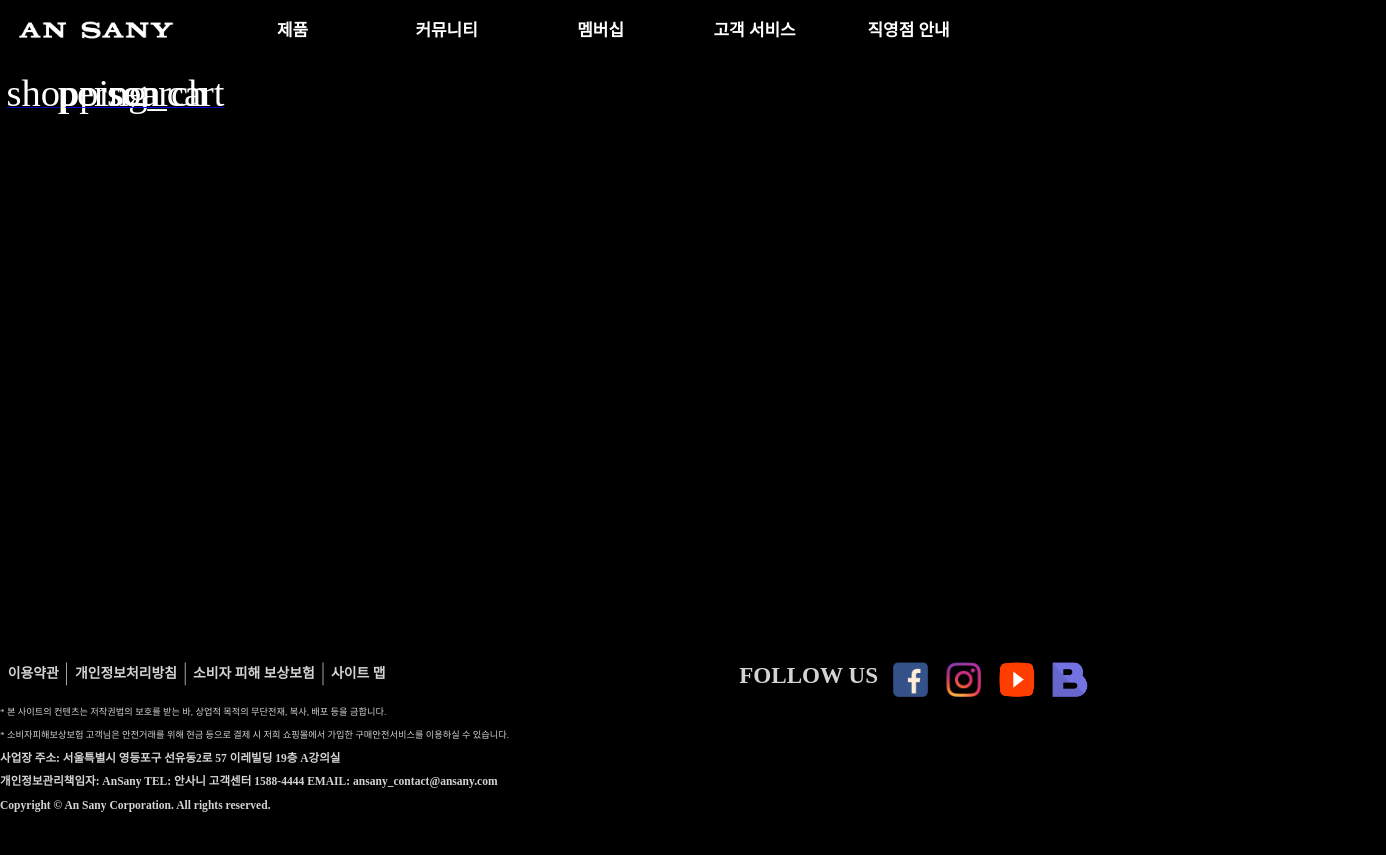
Repository: zoeshin92/semiProj_Zoe
Page: http://localhost/anSany_semiProject/
These files come from the project's save history. The page is drawn as it stood at one moment and after the next save; the edit follows.
The browser window is 1280 px wide. The page is 1600 px wide, then 1800 px, so the pictures cover 1800 px, including what lies to the right of the window. The pictures show the whole page, at 77% of full size.
The page is served by Tomcat 9.

Above is the page before, as saved 2022-09-16 06:19:56.

After the next save:
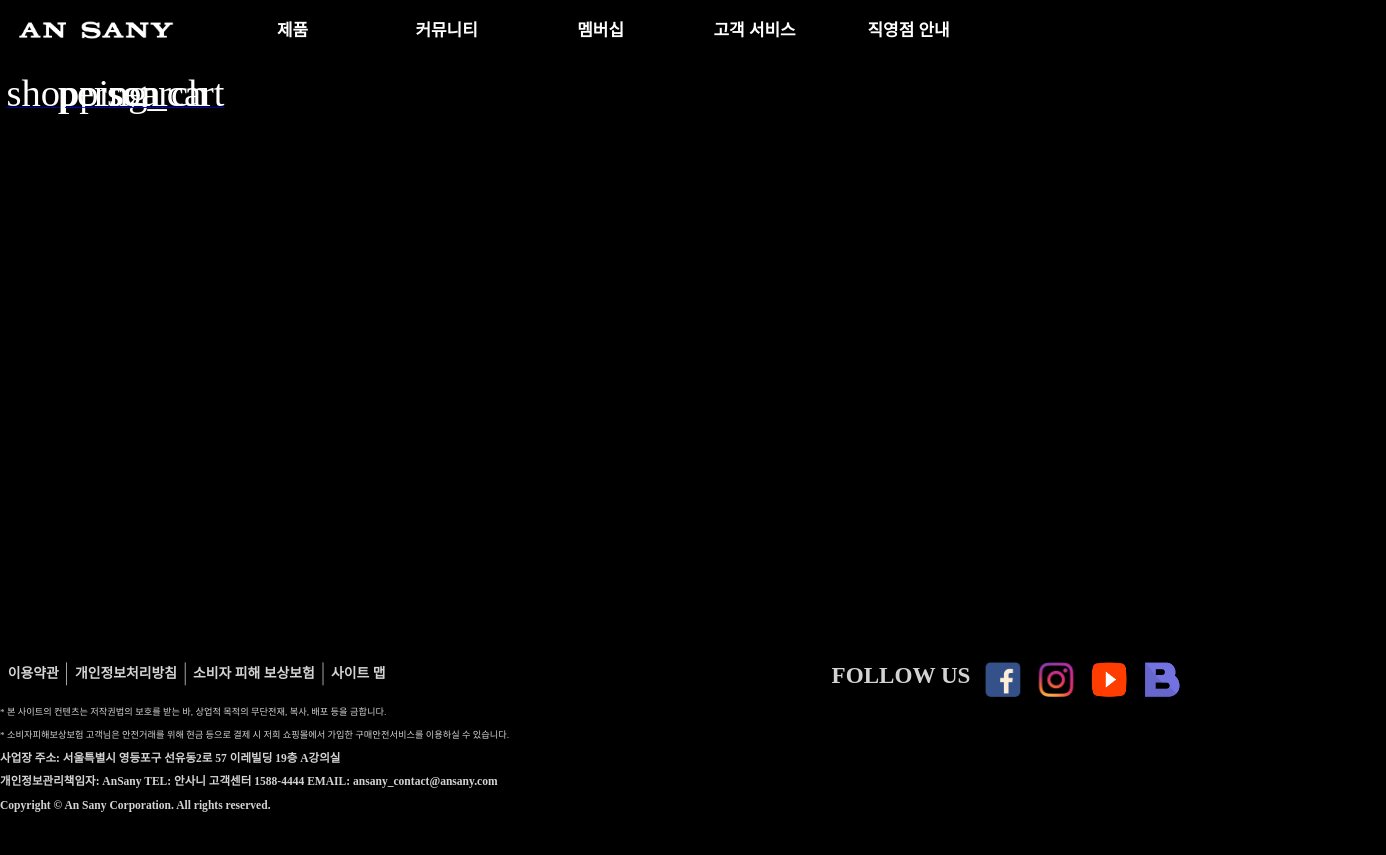
Saved 10 s later.
--- a/anSany_semiProject/src/main/webapp/css/footer.css
+++ b/anSany_semiProject/src/main/webapp/css/footer.css
@@ -6,7 +6,7 @@
   bottom: 0;
   padding: 50px 0px;
   background-color: black;
-  width: 1600px;
+  width: 1800px;
   max-width: 1920px;
   color: lightgray;
   margin: 0 auto;
